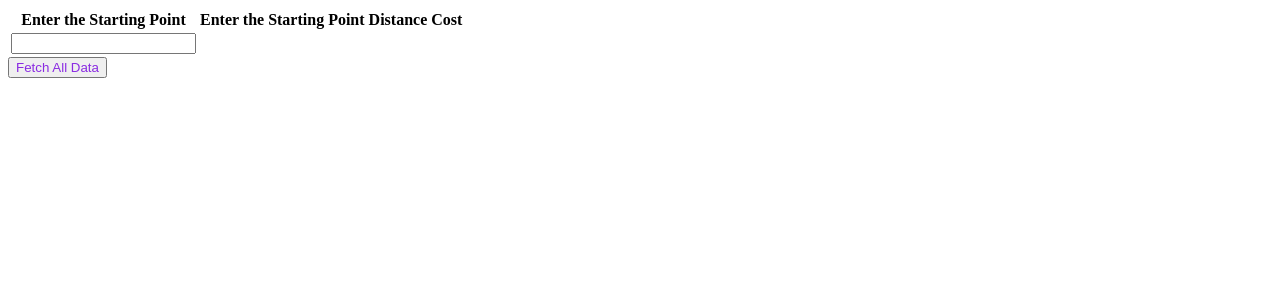
Repository: Gundeep-repos/407ETR_Assignment
Page: http://localhost/407ETR_Gundeep_Singh_assignment/
An editor plug-in stored every save of this project. The page is shown before and after the next save, followed by the edit.
The browser window is 1280 px wide. The pictures show the whole page.
The page is served by Tomcat 9. Other server files are loaded and not shown.

Above is the page before, as saved 2021-07-03 23:49:04.

### 407ETR_Gundeep_Singh_assignment/WebContent/index.jsp
<%@ page language="java" contentType="text/html; charset=ISO-8859-1" pageEncoding="ISO-8859-1"%>
<!DOCTYPE html PUBLIC "-//W3C//DTD HTML 4.01 Transitional//EN" "http://www.w3.org/TR/html4/loose.dtd">
<html>
<head>
<meta http-equiv="Content-Type" content="text/html; charset=ISO-8859-1">
<title>Insert title here</title>
<script>


function go2(){

	var ans = "";

	var xhr = new XMLHttpRequest;


    // CORS Policy, should allow OPTIONS
    // AJAX uses OPTIONS instead of GET, POST which are enabled by default

    xhr.open("GET", "./ServiceClass", true);

    // xhr.setRequestHeader('Access-Control-Allow-Origin','*');
    // xhr.setRequestHeader('Access-Control-Allow-Methods', 'OPTIONS');
    // xhr.setRequestHeader('Access-Control-Allow-Credentials', 'true');

    //for response receiving
    xhr.onreadystatechange = function ()
    {

    	if(xhr.readyState == 4 && xhr.status == 200){
    		alert("Hello");
    		var res = xhr.responseText.trim();
                if (res == "success")
                {
                	alert(res);
                }else{
                	console.log("Fail");
                	alert("Fail");
                }
                console.log(res);
    	}
        //if (xhr.readyState === 4 && xhr.status == 200)
        //{
          //  var res = xhr.responseText.trim();
        //    if (res == "success")
           // {
         //       alert("category added successfuly.");
            //    document.getElementById("lb1").innerHTML = "Category Successfuly Added";
         //       document.getElementById("lb1").style.color = "green";
        //        document.getElementById("form1").reset();
          //      document.getElementById("im1").src = "";
      //      } else
    //        {
   //             document.getElementById("lb1").innerHTML = "Unsuccessful"
  //              document.getElementById("lb1").style.color = "red";
//
  //          }
//        } -->
    };





    	xhr.send("Sent dete");

}



</script>
</head>
<body>

<div style="center">
<table>
<tr>
<th>Enter the Starting Point</th>
<th>Enter the Starting Point</th>
<th>Distance</th>
<th>Cost</th>
</tr>
<tr>
<td><input type="text" id="startingPoint"/></td>
</tr>
</table>
</div>
<button style="color: blueviolet" onclick="go2()">Fetch All Data</button>
</body>
</html>

After the next save:
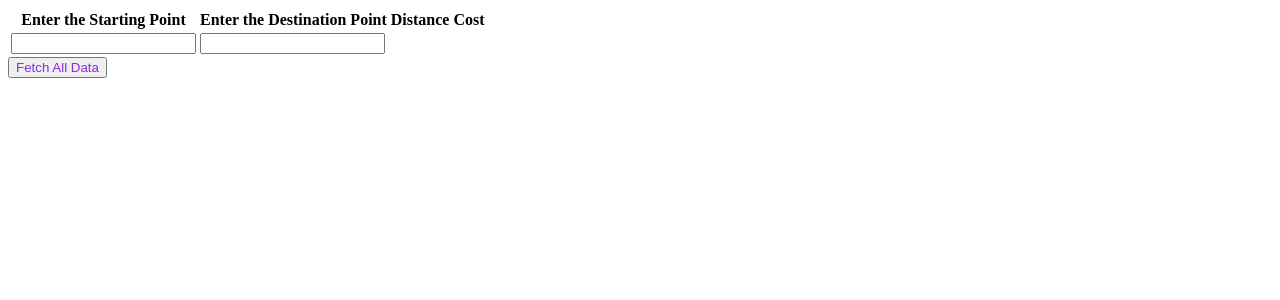
Saved 31 s later.
--- a/407ETR_Gundeep_Singh_assignment/WebContent/index.jsp
+++ b/407ETR_Gundeep_Singh_assignment/WebContent/index.jsp
@@ -76,12 +76,13 @@ function go2(){
 <table>
 <tr>
 <th>Enter the Starting Point</th>
-<th>Enter the Starting Point</th>
+<th>Enter the Destination Point</th>
 <th>Distance</th>
 <th>Cost</th>
 </tr>
 <tr>
 <td><input type="text" id="startingPoint"/></td>
+<td><input type="text" id="destinationPoint"/></td>
 </tr>
 </table>
 </div>
